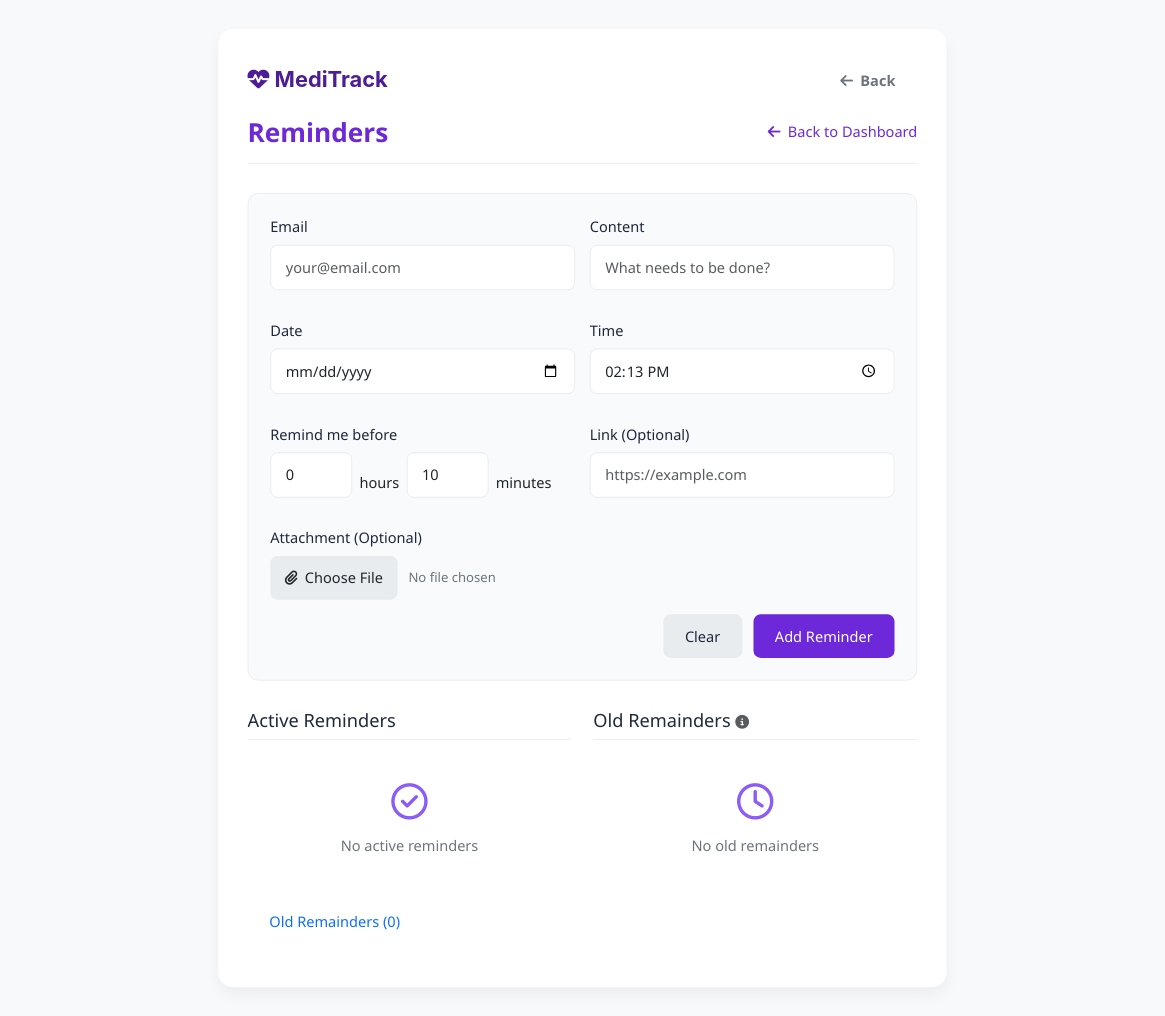
Repository: krishgobi/MedicoApp
Page: templates/remainders.html
An editor plug-in stored every save of this project. The page is shown before and after the next save, followed by the edit.
The browser window is 1280 px wide. The pictures show the whole page, at 91% of full size.
The page is served by the project's application, run on Flask 3 (chatbot_gemini_backend.py). The template is opened directly, without the code that normally fills it, so the values that code supplies are empty.

Above is the page before, as saved 2025-06-24 18:36:28.

After the next save:
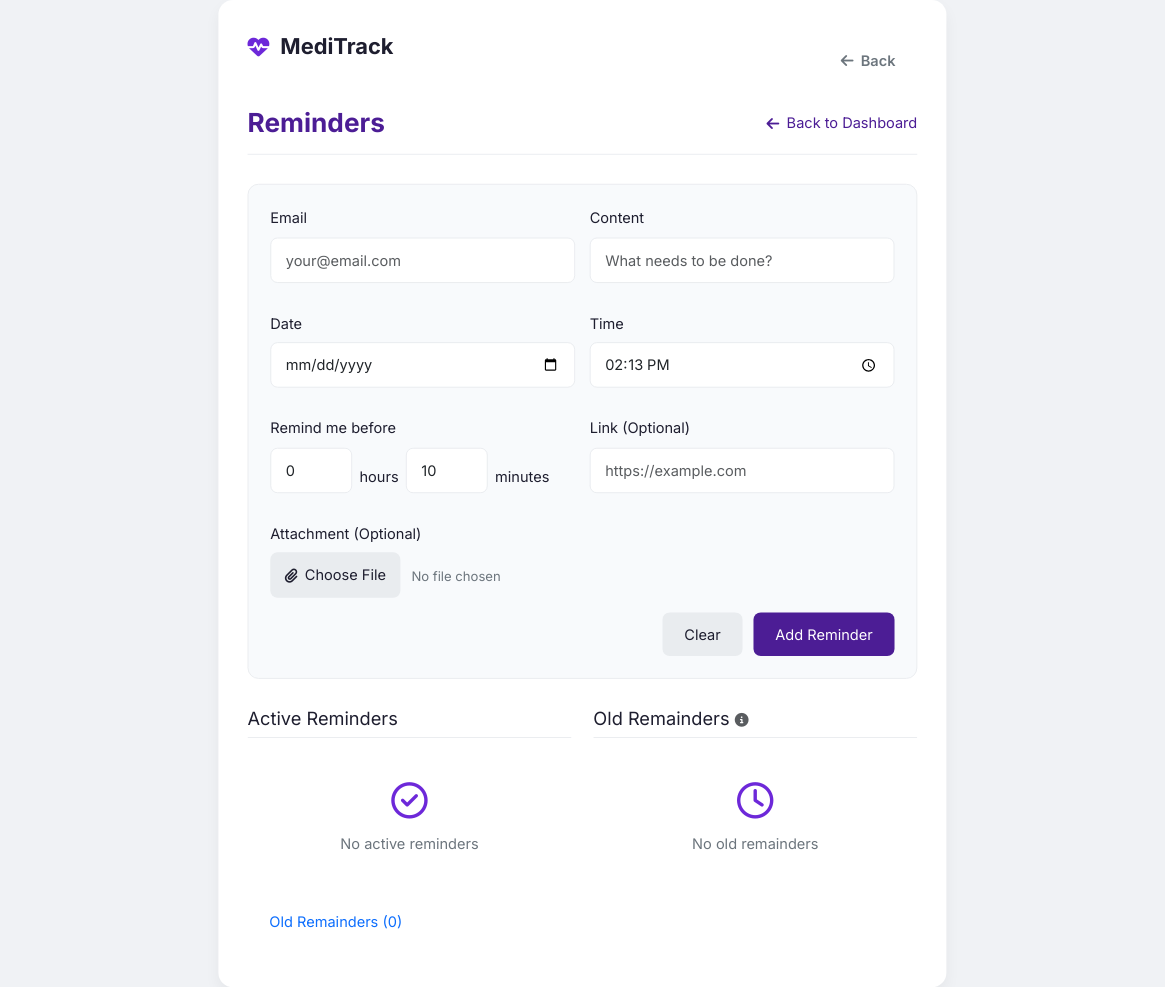
Saved 15 s later.
--- a/templates/remainders.html
+++ b/templates/remainders.html
@@ -7,25 +7,44 @@
     <link href="https://cdn.jsdelivr.net/npm/bootstrap@5.3.0-alpha1/dist/css/bootstrap.min.css" rel="stylesheet">
     <!-- Font Awesome -->
     <link rel="stylesheet" href="https://cdnjs.cloudflare.com/ajax/libs/font-awesome/6.4.0/css/all.min.css">
+    <!-- Google Fonts for Meditrack (Inter, Roboto) -->
+    <link href="https://fonts.googleapis.com/css2?family=Inter:wght@400;600;700&family=Roboto:wght@400;700&display=swap" rel="stylesheet">
     <style>
         :root {
-            --primary: #6d28d9;
-            --primary-light: #8b5cf6;
-            --primary-dark: #4c1d95;
-            --secondary: #10b981;
-            --accent: #f59e0b;
-            --danger: #ef4444;
-            --dark: #1e293b;
+            --primary: #4c1d95;
+            --primary-light: #6d28d9;
+            --secondary: #f0f2f5;
+            --dark: #1e1e2f;
             --light: #ffffff;
             --gray: #6c757d;
+            --success: #28a745;
+            --danger: #dc3545;
+            --warning: #ffc107;
+            --info: #17a2b8;
             --light-gray: #e9ecef;
-        }
-
+            --border-radius: 0.5rem;
+            --box-shadow: 0 0.125rem 0.25rem rgba(0, 0, 0, 0.075);
+            --box-shadow-hover: 0 0.5rem 1rem rgba(0, 0, 0, 0.15);
+            --transition: all 0.2s ease-in-out;
+        }
         body {
-            font-family: 'Segoe UI', 'Inter', -apple-system, BlinkMacSystemFont, sans-serif;
-            background-color: #f8f9fa;
-            color: #212529;
-            padding: 2rem 0;
+            font-family: 'Inter', 'Roboto', 'Segoe UI', -apple-system, BlinkMacSystemFont, sans-serif;
+            background-color: var(--secondary);
+            color: var(--dark);
+            line-height: 1.6;
+        }
+        .sidebar-brand {
+            font-family: 'Inter', 'Roboto', 'Segoe UI', -apple-system, BlinkMacSystemFont, sans-serif;
+            font-size: 1.5rem;
+            font-weight: 700;
+            margin-bottom: 2rem;
+            display: flex;
+            align-items: center;
+            color: white;
+        }
+        .sidebar-brand i {
+            margin-right: 0.75rem;
+            color: var(--primary-light);
         }
 
         .container {
